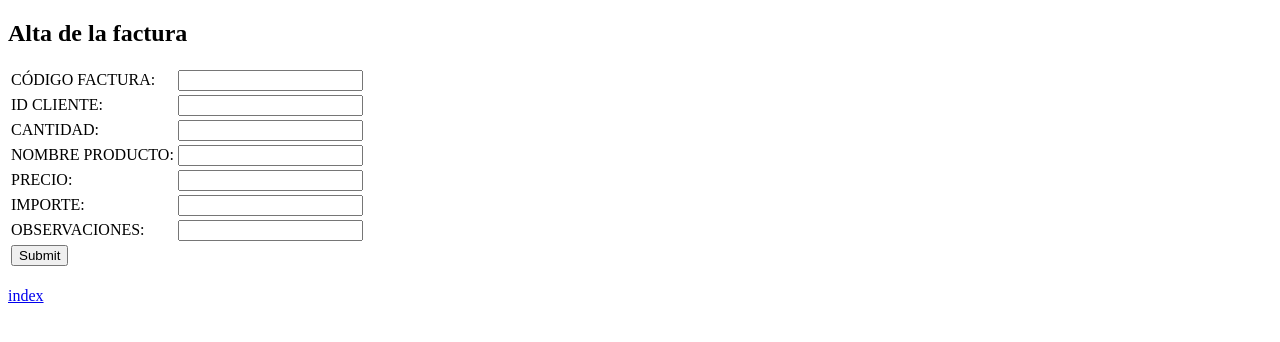
Repository: jaimedelgado/Formacion-JAVA
Page: http://localhost/facturasJ2EEMejorado/altaFactura.jsp
An editor plug-in stored every save of this project. The page is shown before and after the next save, followed by the edit.
The browser window is 1280 px wide. The pictures show the whole page.
The page is served by Tomcat 9. Other server files are loaded and not shown.

Above is the page before, as saved 2015-10-23 06:34:55.

### facturasJ2EEMejorado/WebContent/altaFactura.jsp
<%@ page language="java" contentType="text/html; charset=ISO-8859-1" pageEncoding="ISO-8859-1"%>
<%@ taglib prefix="c" uri="http://java.sun.com/jsp/jstl/core"%>

<!DOCTYPE html>
<html>
	<head>
		<meta charset="UTF-8">
		<title>ALTA DE LA FACTURA</title>
	</head>
	<body>
		<h2>Alta de la factura</h2>

		<form action="SvAltaFactura">
			<table>
				<tr>
					<td>CÓDIGO FACTURA: </td>
					<td><input type="text" name="codigoFactura"/></td>
				</tr>
				<tr>
					<td>ID CLIENTE: </td>
					<td><input type="text" name="idCliente"/></td>
				</tr>
				<tr>
					<td>CANTIDAD: </td>
					<td><input type="text" name="cantidad"/></td>
				</tr>
				<tr>
					<td>NOMBRE PRODUCTO: </td>
					<td><input type="text" name="nombreProducto"/></td>
				</tr>
				<tr>
					<td>PRECIO: </td>
					<td><input type="text" name="precio"/></td>
				</tr>
				<tr>
					<td>IMPORTE: </td>
					<td><input type="text" name="importe"/></td>
				</tr>
				<tr>
					<td>OBSERVACIONES: </td>
					<td><input type="text" name="observaciones"/></td>
				</tr>
				<tr>
					<td><input type="submit" name="submit"/></td>
				</tr>
			</table>


		</form>
		<br/>
		<a href="index.jsp">index</a>
	</body>
</html>

After the next save:
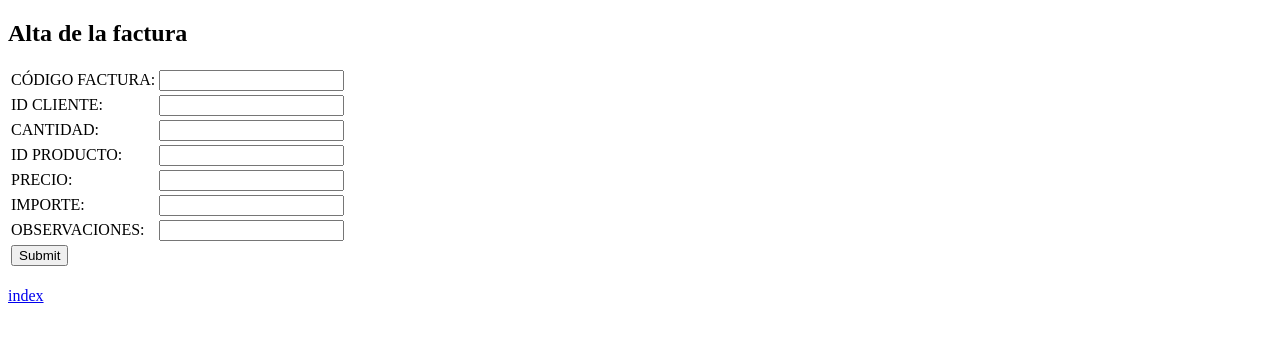
Saved 26 s later.
--- a/facturasJ2EEMejorado/WebContent/altaFactura.jsp
+++ b/facturasJ2EEMejorado/WebContent/altaFactura.jsp
@@ -25,8 +25,8 @@
 					<td><input type="text" name="cantidad"/></td>
 				</tr>
 				<tr>
-					<td>NOMBRE PRODUCTO: </td>
-					<td><input type="text" name="nombreProducto"/></td>
+					<td>ID PRODUCTO: </td>
+					<td><input type="text" name="idProducto"/></td>
 				</tr>
 				<tr>
 					<td>PRECIO: </td>
